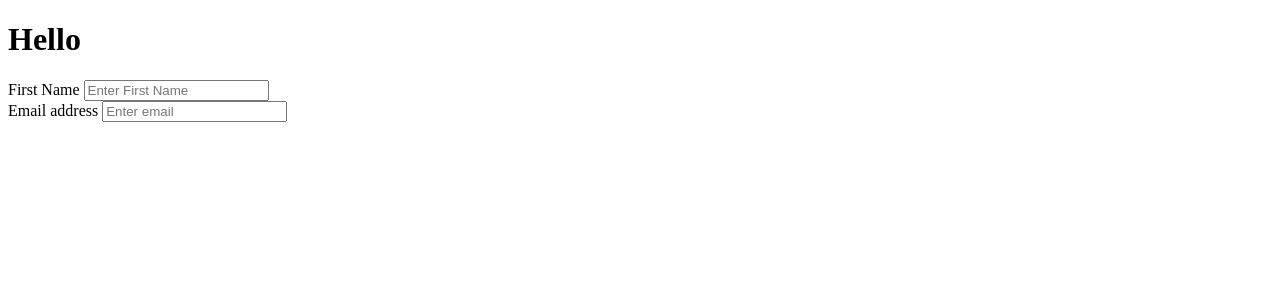
Repository: Siddhant1401/Aurionpro-J2EE
Page: http://localhost/08-STUDENT-MVC/add-Student.jsp
An editor plug-in stored every save of this project. The page is shown before and after the next save, followed by the edit.
The browser window is 1280 px wide. The pictures show the whole page.
The page is served by Tomcat 9.

Above is the page before, as saved 2023-10-17 05:46:29.

After the next save:
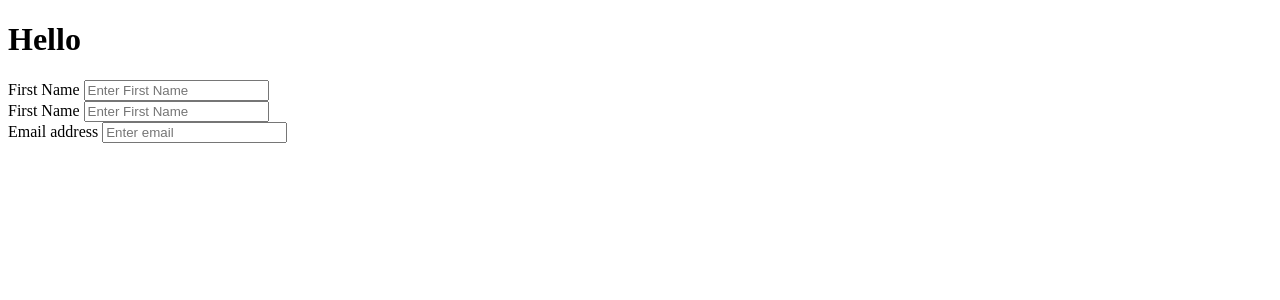
Saved 16 s later.
--- a/08-STUDENT-MVC/WebContent/add-Student.jsp
+++ b/08-STUDENT-MVC/WebContent/add-Student.jsp
@@ -15,6 +15,11 @@
 		</div>
 
 		<div class="form-group">
+			<label for="first_name">First Name </label> <input type="text"
+				class="form-control" name="first_name" placeholder="Enter First Name">
+		</div>
+
+		<div class="form-group">
 			<label for="Email">Email address</label> <input type="email"
 				class="form-control" name="email" placeholder="Enter email">
 		</div>
